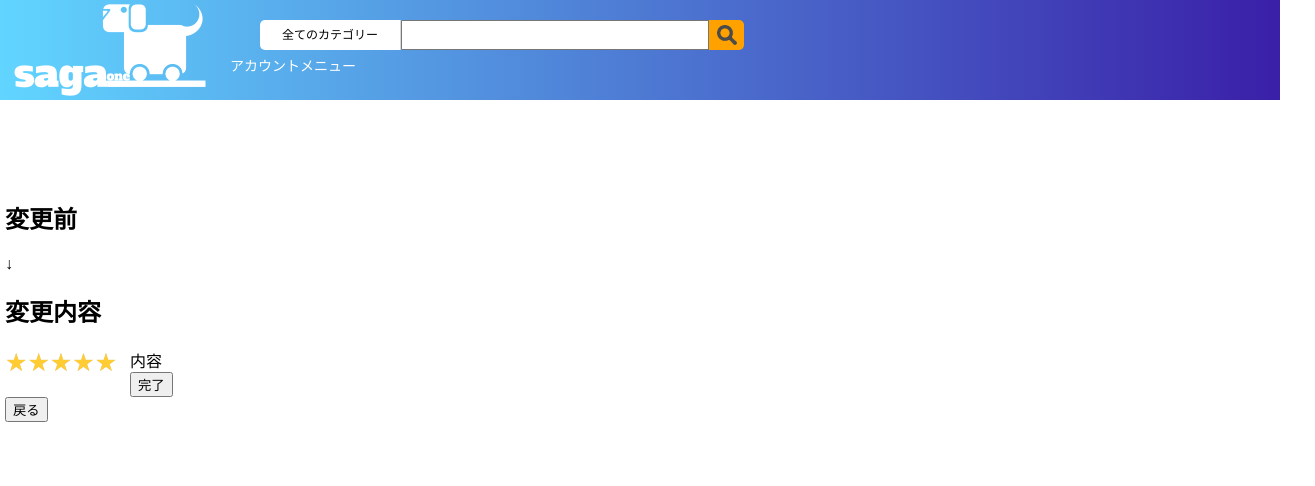
Repository: a4b3c2d1/backup
Page: http://localhost/sagaone-master/reviewChangeConfirm.jsp
The author's editor kept a copy of each file at every save. The page is drawn from the files as they stood at one save, then again after the next save.
The browser window is 1280 px wide. The page is 1280 px wide, then 1315 px, so the pictures cover 1315 px, including what lies to the right of the window. The pictures show the whole page.
The page is served by Tomcat 9. Other server files are loaded and not shown.

Above is the page before, as saved 2018-01-21 10:45:38.

### sagaone-master/WebContent/reviewChangeConfirm.jsp
<%@ page language="java" contentType="text/html; charset=UTF-8"
	pageEncoding="UTF-8"%>
<%@ taglib prefix="s" uri="/struts-tags"%>
<!DOCTYPE html PUBLIC "-//W3C//DTD HTML 4.01 Transitional//EN" "http://www.w3.org/TR/html4/loose.dtd">
<html>
<head>
<meta http-equiv="Content-Type" content="text/html; charset=UTF-8">
<meta http-equiv="Content-Style-Type" content="text/css" />
<link rel="stylesheet" type="text/css" href="./css/style.css">
<title>変更確認画面</title>
<style type="text/css">
#main {
	margin-top: 100px;
	margin-bottom: 60px;
	min-height: 100%;
	height: auto !important;
	height: 100%;
	position: relative;
}

.rating {
	float: left;
	position: relative;
	width: 5em;
	height: 1em;
	font-size: 25px;
}

.rating-front {
	position: absolute;
	top: 0;
	left: 0;
	overflow: hidden;
	color: #ffcc33;
}

.rating-back {
	color: #ccc;
}
</style>
</head>
<body>
	<header>

	<div id="main-logo">
		<img src="./css/sagaone_logo.png" height="100px">
	</div>

	<div id="search-form">

		<s:form action="SearchItemAction">
			<div id="search-box">
				<select name="itemCategory" id="category">
					<option value="0">全てのカテゴリー</option>
					<option value="1">本</option>
					<option value="2">家電・パソコン</option>
					<option value="3">おもちゃ・ゲーム</option>
				</select> <input type="text" name="searchWord" id="search" />
			</div>
			<div class="search-btn">
				<input type="image" src="./css/searchIcon.png" width="20"
					height="20" class="icon" />
			</div>
		</s:form>
	</div>

	<div id="header-container">

		<ul id="normal" class="dropmenu">

			<li><s:if test="session.loginUserId != null">
					<s:property value="#session.loginUserId" />でログイン中
					</s:if></li>

			<li>アカウントメニュー
				<ul>
					<s:if test="session.loginUserId != null">
						<li><s:form action="MyPageAction">
								<s:submit value="マイページ" cssClass="b-btn" />
							</s:form></li>
					</s:if>

					<s:if test="session == null">
						<li><s:form action="LoginPageAction">
								<s:submit value="ログイン画面へ" cssClass="b-btn" />
							</s:form></li>
					</s:if>

					<s:if test="session.loginUser == null">
						<li><s:form action="LoginPageAction">
								<s:submit value="ログイン画面へ" cssClass="b-btn" />
							</s:form></li>
					</s:if>

					<s:if test="session.loginUser != null">
						<li><s:form action="LogoutAction">
								<s:submit value="ログアウト" cssClass="b-btn" />
							</s:form></li>
					</s:if>

					<li><s:form action="UserCreateAction">
							<s:submit value="ユーザー登録" cssClass="b-btn" />
						</s:form></li>

					<li><s:form action="ItemAction">
							<s:hidden name="offset" value="0"></s:hidden>
							<s:submit value="商品一覧" cssClass="b-btn" />
						</s:form></li>

					<li><s:form action="CartAction">
							<s:hidden name="cartFlg" value="1"></s:hidden>
							<s:submit value="カート確認" cssClass="b-btn" />
						</s:form></li>

					<s:if test="session.loginUser != null">
						<li><s:form action="PaymentAction">
								<s:submit value="決済" cssClass="b-btn" />
							</s:form></li>
					</s:if>
				</ul>
			</li>
		</ul>
	</div>


	</header>
	<div id="main">
		<div class="main1">
			<div class="review1">
				<h2>変更前</h2>
				<s:iterator value="#session.reviewDTOList">



					<span> 書き込み日：<s:property value="update_date" />
					</span>

					<div class="rating">
						<div class="rating-front"
							style="width:calc(<s:property value="value" />*20%)">★★★★★</div>
						<div class="rating-back">★★★★★</div>
					</div>

					<div class="text">
						<s:property value="review" />
					</div>
				</s:iterator>
			</div>
			↓

			<div class="review2">
				<h2>変更内容</h2>
				<div class="rating">
					<div class="rating-front"
						style="width:calc(<s:property value="value" />*20%)">★★★★★</div>
					<div class="rating-back">★★★★★</div>
				</div>


				<s:property value="session.review_change_review" />
				内容


				<s:form action="ReviewChangeConpleteAction">
					<span class="botton1"> <s:submit value="完了">
						</s:submit></span>
				</s:form>

				<s:form action="ReviewEditAction">
					<td><input type="hidden" name="changeflg" value="1"></input></td>
					<span class="botton1"> <s:submit value="戻る">
						</s:submit></span>
				</s:form>
			</div>
		</div>
	</div>
</body>
</html>

### sagaone-master/WebContent/css/style.css
@CHARSET "UTF-8";

html {
	min-height: 100%;
	position: relative;
}
body{
	margin: 0;
	font-family: Ariel, sans-serif;
	margin-bottom: 45px;
}
.clearfix:after {
	content: "";
	clear: both;
	display: block;
}

header{
	height: 100px;
	background-image: linear-gradient(-90deg, #3A1FA8, #61D5FF);
	color: white;
}

input{
	outline: none;
}

#main-logo{
	float: left;
	height: 100px;
	padding-left: 10px;
}

#search-form{
	padding-top: 20px;
	min-width: 500px;
	height: 30px;
	margin-left: 260px;
	line-height: 20px;
}

#search-box{
	margin: 0;
	float:left;
	height: 30px;
}

#category{
	appearance: none;
	background: #fff;
	vertical-align: middle;
	color: black;
	box-sizing: content-box;
	border: 0;
	border-right: 1px solid #d7d7d7;
	border-radius: 5px 0 0 5px;
	margin: 0;
	float:left;
	height: 30px;
	width: 140px;
	font-size: 12px;
	text-align: center;
}

#search{
	margin: 0;
	float: left;
	height: 24px;
	width: 300px;
}

.search-btn{
	position: relative;
	margin: 0;
	float: left;
	height: 30px;
	width: 35px;
	background-color: #ffa200;
	box-sizing:border-box;
	border: none;
	border-radius: 0 5px 5px 0;
	color: black;
	box-shadow: none;
	outline: none;
	inline: none;
	text-align: center;
	line-height: 22px;
}
.search-btn input {
	padding-top: 5px;
}
.search-btn:hover{
	cursor: pointer;
	opacity: 0.9;
}

#header-container{
	min-width: 600px;
	width: 65%;
	height: 50px;
	margin-top: 0px;
	margin-left: 230px;
}
#itemmenu, #acountmenu {
  float: left;
  position: relative;
  width: 180px;
  height: 30px;
  margin: 0;
  padding-top: 15px;
  text-align: center;
}

#welcome{
	float: right;
	width: 180px;
	height: 30px;
	padding-top: 15px;
}

.dropmenu{
float: left;
  *zoom: 1;
  list-style-type: none;
  width: 100%;
  height:45px;
  margin: 5px auto 0;
  padding: 0;
  font-size: 14px;
}
.dropmenu:before, .dropmenu:after{
  content: "";
  display: table;
}
.dropmenu:after{
  clear: both;
}

.drop-topic {
	display: inherit;
	height: 100%;
	text-align: center;
}
.b-btn, .c-btn{
  display: block;
  margin: 0;
  padding: 15px 0 11px;
  width: 100%;
  background: #fff;
  box-shadow: 3px 3px 10px #cccccc;
  color: black;
  font-size: 14px;
  line-height: 1;
  text-decoration: none;
  text-align: center;
  border: transparent 1px solid ;
  transition: 0.2s;
}
.item-drop, .acount-drop {
  display: none;
  list-style: none;
  position: absolute;
  z-index: 9999;
  top: 100%;
  width: 180px;
  margin: 0;
  padding: 0;
    border: 1px solid #aaa;
    transition: opacity 0.2s linear;
}

.item-drop li{
  width: 100%;
}
.acount-drop li {
	width: 100%;
}
.dropmenu li:hover ul{
  display: block;
}

.dropmenu li ul li{
  overflow: hidden;
  height: 0;
  transition: .2s;
}

.dropmenu li:hover ul li{
  overflow: visible;
  height: 38px;
}
.b-btn{
  padding: 13px 15px;
  background: #fff;
  text-align: center;
}
.acount-drop:hover > .b-btn{
  background: #59c5ff;
  transition: .2s;
}
.b-btn:hover{
  	letter-spacing: 3px;
	background-color: #59c5ff;
	color: #fff;
}

.c-btn{
  padding: 13px 15px;
  background: #fff;
  text-align: center;
}
.item-drop:hover > .c-btn{
  background: #00d977;
  transition: .2s;
}
.c-btn:hover{
  	letter-spacing: 3px;
	background-color: #00d977;
	color: #fff;
}

.item-drop {
  display: none;
}



#main{
	margin: 50px 5px 60px ;
}

footer{
	clear: both;
	position: absolute;
	bottom: 0;
	width: 100%;
	height: 45px;
	line-height: 50px;
	text-align: center;
	background-image: linear-gradient(-90deg, #3A1FA8, #61D5FF);
	color: white;
}

After the next save:
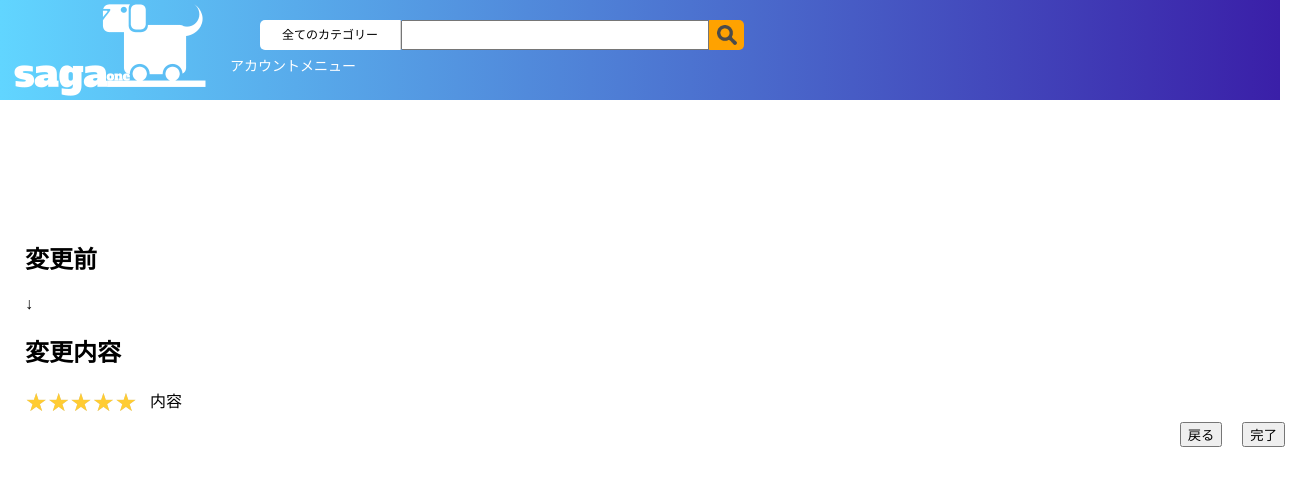
Saved 27 s later.
--- a/sagaone-master/WebContent/reviewChangeConfirm.jsp
+++ b/sagaone-master/WebContent/reviewChangeConfirm.jsp
@@ -18,6 +18,12 @@
 	position: relative;
 }
 
+.main1 {
+	padding: 20px;
+	width: 100%;
+	height: 380px;
+}
+
 .rating {
 	float: left;
 	position: relative;
@@ -36,6 +42,11 @@
 
 .rating-back {
 	color: #ccc;
+}
+
+.botton1 {
+	float: right;
+	margin: 10px;
 }
 </style>
 </head>
